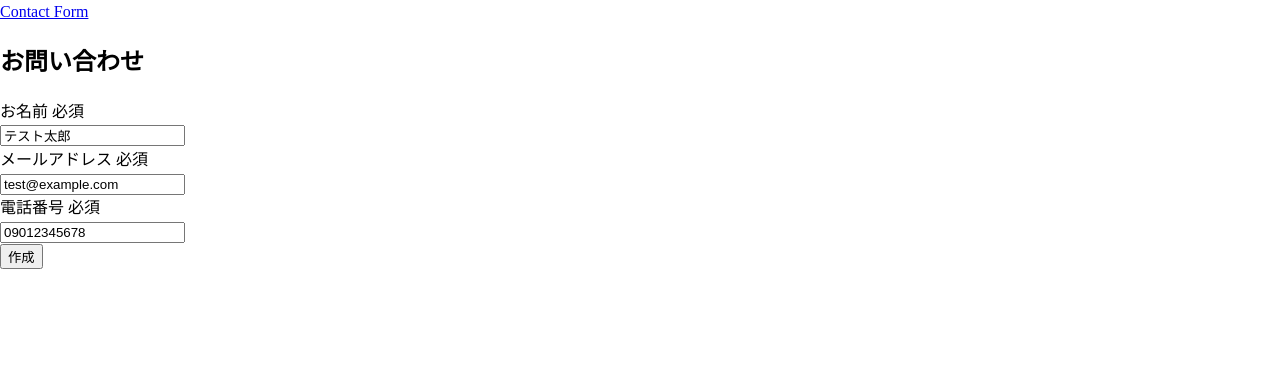
Repository: mayu-ya/my-contact-form
Page: http://localhost/
These files come from the project's save history. The page is drawn as it stood at one moment and after the next save; the edit follows.
The browser window is 1280 px wide. The pictures show the whole page.
The page is served by the project's Laravel application, run on PHP 8.4 with Laravel 8. Other server files are loaded and not shown.

Above is the page before, as saved 2025-12-31 22:20:30.

### src/routes/web.php
<?php

use Illuminate\Support\Facades\Route;
use App\Http\Controllers\ContactController;

/*
|--------------------------------------------------------------------------
| Web Routes
|--------------------------------------------------------------------------
|
| Here is where you can register web routes for your application. These
| routes are loaded by the RouteServiceProvider within a group which
| contains the "web" middleware group. Now create something great!
|
*/

Route::get('/', [ContactController::class,'index']);

### src/app/Http/Controllers/ContactController.php
<?php

namespace App\Http\Controllers;

use Illuminate\Http\Request;

class ContactController extends Controller
{
    public function index()
    {
        return view('index');
    }
}

### src/resources/views/index.blade.php
@extends('layouts.app')

@section('css')
<link rel="stylesheet" href="{{ asset('css/index.css') }}">
@endsection

@section('content')
<div class="content">
    <div class="form-title">
        <h2 class="form-title-con">お問い合わせ</h2>
    </div>

    <form class="form">
        <div class="form-content">
            <div class="form-content-name">
                <span class="form-content-name_na">お名前</span>
                <span class="form-content-name_re">必須</span>
            </div>
            <div class="form-name_create">
                <input type="text" name="name" value="テスト太郎">
            </div>
        </div>
        <div class="form-content">
            <div class="form-content-email">
                <span class="form-content-email_em">メールアドレス</span>
                <span class="form-content-email_re">必須</span>
            </div>
            <div class="form-email_create">
                <input type="text" name="email" value="test@example.com">
            </div>
        </div>
        <div class="form-content">
            <div class="form-content-tel">
                <span class="form-content-tel_te">電話番号</span>
                <span class="form-content-tel_re">必須</span>
            </div>
            <div class="form-tel_create">
                <input type="text" name="tel" value="09012345678">
            </div>
        </div>
        <div class="form-content"></div>

        <div class="form-button">
            <button class="form-button_create">作成</button>
        </div>
    </form>
</div>
@endsection

### src/resources/views/layouts/app.blade.php
<!DOCTYPE html>
<html lang="ja">
<head>
    <meta charset="UTF-8">
    <meta name="viewport" content="width=device-width, initial-scale=1.0">
    <title>Contact Form</title>
    <link rel="stylesheet" href="{{ asset('css/sanitize.css') }}">
    @yield('css')
</head>
<body>
    <header class="header">
        <div class="header-title">
            <a href="/" class="header-logo">Contact Form</a>
        </div>
    </header>

    <main>
        @yield('content')
    </main>
</body>
</html>

### src/public/css/sanitize.css
/* Document
* ========================================================================== */

/**
* Add border box sizing in all browsers (opinionated).
*/

*,
::before,
::after {
  box-sizing: border-box;
}

/**
* 1. Add text decoration inheritance in all browsers (opinionated).
* 2. Add vertical alignment inheritance in all browsers (opinionated).
*/

::before,
::after {
  vertical-align: inherit;
  /* 2 */
  text-decoration: inherit;
  /* 1 */
}

/**
* 1. Use the default cursor in all browsers (opinionated).
* 2. Change the line height in all browsers (opinionated).
* 3. Use a 4-space tab width in all browsers (opinionated).
* 4. Remove the grey highlight on links in iOS (opinionated).
* 5. Prevent adjustments of font size after orientation changes in
*    IE on Windows Phone and in iOS.
* 6. Breaks words to prevent overflow in all browsers (opinionated).
*/

html {
  word-break: break-word;
  /* 6 */
  -moz-tab-size: 4;
  /* 3 */
  tab-size: 4;
  /* 3 */
  line-height: 1.5;
  /* 2 */
  cursor: default;
  /* 1 */

  -webkit-tap-highlight-color: transparent
    /* 4 */
  ;
  -ms-text-size-adjust: 100%;
  /* 5 */
  -webkit-text-size-adjust: 100%;
  /* 5 */
}

/* Sections
* ========================================================================== */

/**
* Remove the margin in all browsers (opinionated).
*/

body {
  margin: 0;
}

/**
* Correct the font size and margin on `h1` elements within `section` and
* `article` contexts in Chrome, Edge, Firefox, and Safari.
*/

h1 {
  margin: 0.67em 0;
  font-size: 2em;
}

/* Grouping content
* ========================================================================== */

/**
* Remove the margin on nested lists in Chrome, Edge, IE, and Safari.
*/

dl dl,
dl ol,
dl ul,
ol dl,
ul dl {
  margin: 0;
}

/**
* Remove the margin on nested lists in Edge 18- and IE.
*/

ol ol,
ol ul,
ul ol,
ul ul {
  margin: 0;
}

/**
* 1. Add the correct sizing in Firefox.
* 2. Show the overflow in Edge 18- and IE.
*/

hr {
  overflow: visible;
  /* 2 */
  height: 0;
  /* 1 */
}

/**
* Add the correct display in IE.
*/

main {
  display: block;
}

/**
* Remove the list style on navigation lists in all browsers (opinionated).
*/

nav ol,
nav ul {
  padding: 0;
  list-style: none;
}

/**
* 1. Correct the inheritance and scaling of font size in all browsers.
* 2. Correct the odd `em` font sizing in all browsers.
*/

pre {
  font-size: 1em;
  /* 2 */
  font-family: monospace, monospace;
  /* 1 */
}

/* Text-level semantics
* ========================================================================== */

/**
* Remove the gray background on active links in IE 10.
*/

a {
  background-color: transparent;
}

/**
* Add the correct text decoration in Edge 18-, IE, and Safari.
*/

abbr[title] {
  text-decoration: underline;
  text-decoration: underline dotted;
}

/**
* Add the correct font weight in Chrome, Edge, and Safari.
*/

b,
strong {
  font-weight: bolder;
}

/**
* 1. Correct the inheritance and scaling of font size in all browsers.
* 2. Correct the odd `em` font sizing in all browsers.
*/

code,
kbd,
samp {
  font-size: 1em;
  /* 2 */
  font-family: monospace, monospace;
  /* 1 */
}

/**
* Add the correct font size in all browsers.
*/

small {
  font-size: 80%;
}

/* Embedded content
* ========================================================================== */

/*
* Change the alignment on media elements in all browsers (opinionated).
*/

audio,
canvas,
iframe,
img,
svg,
video {
  vertical-align: middle;
}

/**
* Add the correct display in IE 9-.
*/

audio,
video {
  display: inline-block;
}

/**
* Add the correct display in iOS 4-7.
*/

audio:not([controls]) {
  display: none;
  height: 0;
}

/**
* Remove the border on iframes in all browsers (opinionated).
*/

iframe {
  border-style: none;
}

/**
* Remove the border on images within links in IE 10-.
*/

img {
  border-style: none;
}

/**
* Change the fill color to match the text color in all browsers (opinionated).
*/

svg:not([fill]) {
  fill: currentColor;
}

/**
* Hide the overflow in IE.
*/

svg:not(:root) {
  overflow: hidden;
}

/* Tabular data
* ========================================================================== */

/**
* Collapse border spacing in all browsers (opinionated).
*/

table {
  border-collapse: collapse;
}

/* Forms
* ========================================================================== */

/**
* Remove the margin on controls in Safari.
*/

button,
input,
select {
  margin: 0;
}

/**
* 1. Show the overflow in IE.
* 2. Remove the inheritance of text transform in Edge 18-, Firefox, and IE.
*/

button {
  overflow: visible;
  /* 1 */
  text-transform: none;
  /* 2 */
}

/**
* Correct the inability to style buttons in iOS and Safari.
*/

button,
[type="button"],
[type="reset"],
[type="submit"] {
  -webkit-appearance: button;
}

/**
* 1. Change the inconsistent appearance in all browsers (opinionated).
* 2. Correct the padding in Firefox.
*/

fieldset {
  padding: 0.35em 0.75em 0.625em;
  /* 2 */
  border: 1px solid #a0a0a0;
  /* 1 */
}

/**
* Show the overflow in Edge 18- and IE.
*/

input {
  overflow: visible;
}

/**
* 1. Correct the text wrapping in Edge 18- and IE.
* 2. Correct the color inheritance from `fieldset` elements in IE.
*/

legend {
  display: table;
  /* 1 */
  max-width: 100%;
  /* 1 */
  color: inherit;
  /* 2 */
  white-space: normal;
  /* 1 */
}

/**
* 1. Add the correct display in Edge 18- and IE.
* 2. Add the correct vertical alignment in Chrome, Edge, and Firefox.
*/

progress {
  display: inline-block;
  /* 1 */
  vertical-align: baseline;
  /* 2 */
}

/**
* Remove the inheritance of text transform in Firefox.
*/

select {
  text-transform: none;
}

/**
* 1. Remove the margin in Firefox and Safari.
* 2. Remove the default vertical scrollbar in IE.
* 3. Change the resize direction in all browsers (opinionated).
*/

textarea {
  overflow: auto;
  /* 2 */
  margin: 0;
  /* 1 */
  resize: vertical;
  /* 3 */
}

/**
* Remove the padding in IE 10-.
*/

[type="checkbox"],
[type="radio"] {
  padding: 0;
}

/**
* 1. Correct the odd appearance in Chrome, Edge, and Safari.
* 2. Correct the outline style in Safari.
*/

[type="search"] {
  outline-offset: -2px;
  /* 2 */

  -webkit-appearance: textfield;
  /* 1 */
}

/**
* Correct the cursor style of increment and decrement buttons in Safari.
*/

::-webkit-inner-spin-button,
::-webkit-outer-spin-button {
  height: auto;
}

/**
* Correct the text style of placeholders in Chrome, Edge, and Safari.
*/

::-webkit-input-placeholder {
  color: inherit;
  opacity: 0.54;
}

/**
* Remove the inner padding in Chrome, Edge, and Safari on macOS.
*/

::-webkit-search-decoration {
  -webkit-appearance: none;
}

/**
* 1. Correct the inability to style upload buttons in iOS and Safari.
* 2. Change font properties to `inherit` in Safari.
*/

::-webkit-file-upload-button {
  font: inherit;
  /* 2 */

  -webkit-appearance: button;
  /* 1 */
}

/**
* Remove the inner border and padding of focus outlines in Firefox.
*/

::-moz-focus-inner {
  padding: 0;
  border-style: none;
}

/**
* Restore the focus outline styles unset by the previous rule in Firefox.
*/

:-moz-focusring {
  outline: 1px dotted ButtonText;
}

/**
* Remove the additional :invalid styles in Firefox.
*/

:-moz-ui-invalid {
  box-shadow: none;
}

/* Interactive
* ========================================================================== */

/*
* Add the correct display in Edge 18- and IE.
*/

details {
  display: block;
}

/*
* Add the correct styles in Edge 18-, IE, and Safari.
*/

dialog {
  position: absolute;
  right: 0;
  left: 0;
  display: block;
  margin: auto;
  padding: 1em;
  width: -moz-fit-content;
  width: -webkit-fit-content;
  width: fit-content;
  height: -moz-fit-content;
  height: -webkit-fit-content;
  height: fit-content;
  border: solid;
  background-color: white;
  color: black;
}

dialog:not([open]) {
  display: none;
}

/*
* Add the correct display in all browsers.
*/

summary {
  display: list-item;
}

/* Scripting
* ========================================================================== */

/**
* Add the correct display in IE 9-.
*/

canvas {
  display: inline-block;
}

/**
* Add the correct display in IE.
*/

template {
  display: none;
}

/* User interaction
* ========================================================================== */

/*
* 1. Remove the tapping delay in IE 10.
* 2. Remove the tapping delay on clickable elements
in all browsers (opinionated).
*/

a,
area,
button,
input,
label,
select,
summary,
textarea,
[tabindex] {
  -ms-touch-action: manipulation;
  /* 1 */
  touch-action: manipulation;
  /* 2 */
}

/**
* Add the correct display in IE 10-.
*/

[hidden] {
  display: none;
}

/* Accessibility
* ========================================================================== */

/**
* Change the cursor on busy elements in all browsers (opinionated).
*/

[aria-busy="true"] {
  cursor: progress;
}

/*
* Change the cursor on control elements in all browsers (opinionated).
*/

[aria-controls] {
  cursor: pointer;
}

/*
* Change the cursor on disabled, not-editable, or otherwise
* inoperable elements in all browsers (opinionated).
*/

[aria-disabled="true"],
[disabled] {
  cursor: not-allowed;
}

/*
* Change the display on visually hidden accessible elements
* in all browsers (opinionated).
*/

[aria-hidden="false"][hidden] {
  display: initial;
}

[aria-hidden="false"][hidden]:not(:focus) {
  position: absolute;
  clip: rect(0, 0, 0, 0);
}

Loaded but not shown: src/app/Http/Controllers/Controller.php (common file); src/public/css/index.css (no stored copy; drawn as an empty file)

After the next save:
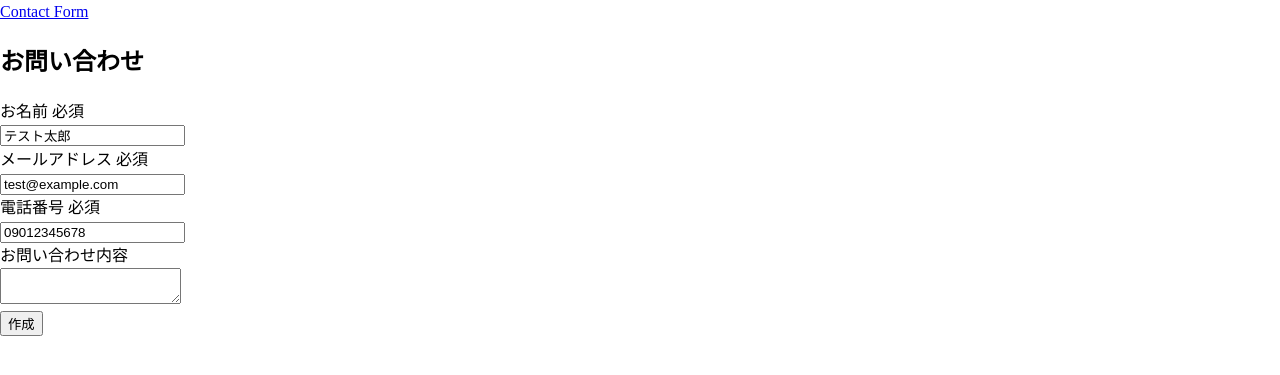
Saved 6 min 4 s later.
--- a/src/resources/views/index.blade.php
+++ b/src/resources/views/index.blade.php
@@ -38,7 +38,15 @@
                 <input type="text" name="tel" value="09012345678">
             </div>
         </div>
-        <div class="form-content"></div>
+        <div class="form-content">
+            <div class="form-content-text">
+                <span class="content-text_co">お問い合わせ内容</span>
+            </div>
+            <div class="form-text_create">
+                <textarea name="text" value="資料をいただきたいです"></textarea>
+            </div>
+
+        </div>
 
         <div class="form-button">
             <button class="form-button_create">作成</button>
